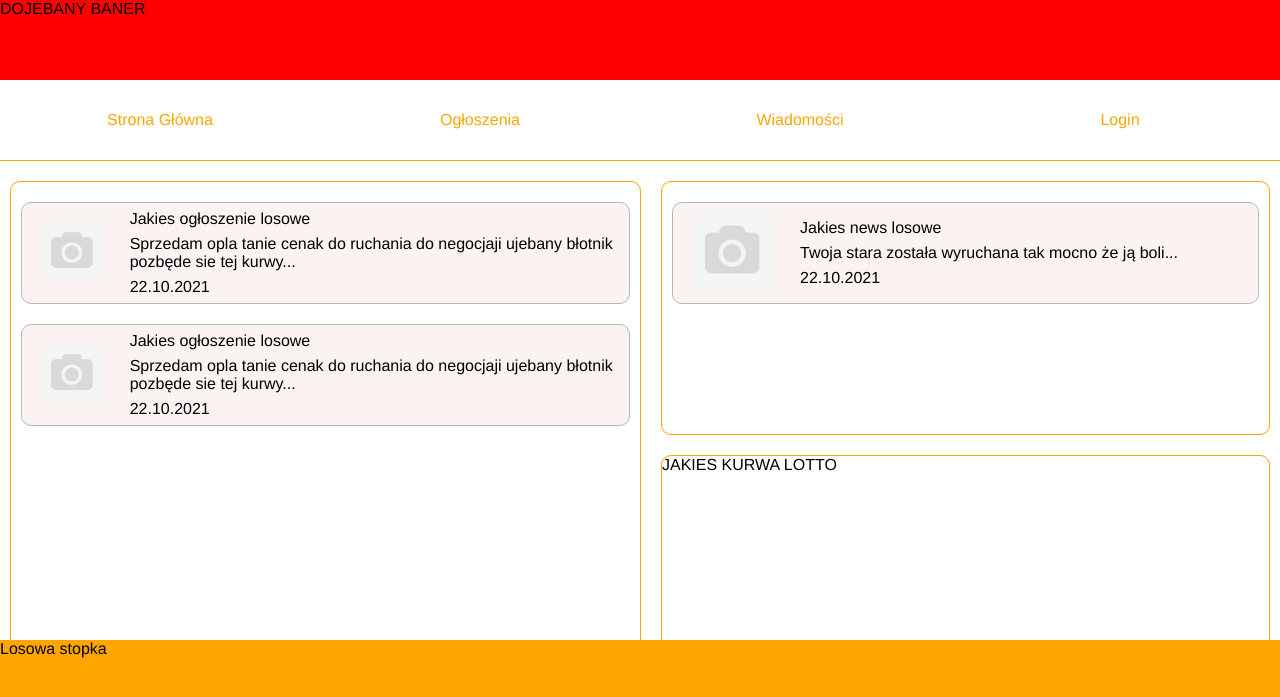
Repository: PatrykStawik/projectppz
Page: /
An editor plug-in stored every save of this project. The page is shown before and after a run of saves, followed by the edit.
The browser window is 1280 px wide. The pictures show the whole page.
The project was rebuilt for these pictures with package versions that can differ from the ones it lists, and the page was loaded fresh each time. The framework's server and built-in components were replaced by stand-ins that run in the browser.

Above is the page before, as saved 2021-05-22 15:22:07.

### pages/_app.tsx
import React from 'react';
import type { AppProps } from 'next/app';
import { GlobalStyle } from '../styles/globalStyles';
import { Header } from '../components/Header';
import { Footer } from '../components/Footer'

function MyApp({ Component, pageProps }: AppProps) {
  return (
    <>
      <GlobalStyle />
      <Header/>
        <Component {...pageProps} />
      <Footer/>
    </>
  );
}

// eslint-disable-next-line import/no-default-export
export default MyApp;

### pages/_document.tsx
import React from 'react';
import Document, { DocumentContext, DocumentInitialProps } from 'next/document';
import { ServerStyleSheet } from 'styled-components';

class MyDocument extends Document {
  static async getInitialProps(ctx: DocumentContext): Promise<DocumentInitialProps> {
    const sheet = new ServerStyleSheet();
    const originalRenderPage = ctx.renderPage;

    try {
      ctx.renderPage = () =>
        originalRenderPage({
          enhanceApp: App => props => sheet.collectStyles(<App {...props} />),
        });

      const initialProps = await Document.getInitialProps(ctx);
      return {
        ...initialProps,
        styles: (
          <>
            {initialProps.styles}
            {sheet.getStyleElement()}
          </>
        ),
      };
    } finally {
      sheet.seal();
    }
  }
}

// eslint-disable-next-line import/no-default-export
export default MyDocument;

### pages/index.tsx
import React from 'react';
import { IndexPage } from '../components/IndexPage';

const index = () => <IndexPage />;

// eslint-disable-next-line import/no-default-export
export default index;

### styles/globalStyles.ts
import { createGlobalStyle } from 'styled-components';

export const GlobalStyle = createGlobalStyle`
  body {
    margin: 0;
    padding: 0;
    font-family: Open-Sans, Helvetica, Sans-Serif;
  }
`;

### components/IndexPage/index.tsx
export { IndexPage } from './IndexPage';

### components/Header/Header.tsx
import React from 'react';
import styled from 'styled-components';
import { colors } from '../../styles/colors';
import { centerText, setFlex } from '../../styles/functions';
import { NextLink } from '../common/NextLink';

const Wrapper = styled.header`
  .baner {
    height: 80px;
    background-color: ${colors.red};
  }
  .menu {
    ${setFlex('column')}
    height: 80px;
    border-bottom: 1px solid ${colors.orange};
    .menuItem {
      flex: 1;
      height: 100%;
      ${centerText(80)};
      background-color: ${colors.white};
      color: ${colors.orange};
      cursor: pointer;
      transition: .5s all;
      &:hover{
        font-weight: bold;
      }
    }
  }
`;

const data = [
  { title: 'Strona Główna', href: '/' },
  { title: 'Ogłoszenia', href: '/ogloszenia' },
  { title: 'Wiadomości', href: '/wiadomosci' },
  { title: 'Login', href: '/login' },
];

export const Header = () => {
  return (
    <Wrapper>
      <div className="baner">DOJEBANY BANER</div>
      <div className="menu">
        {data.map(({ title, href }) => (
          <NextLink href={href} key={title}>
            <div className="menuItem">{title}</div>
          </NextLink>
        ))}
      </div>
    </Wrapper>
  );
};

### components/Footer/Footer.tsx
import React from 'react';
import styled from 'styled-components';
import { colors } from '../../styles/colors';

const Wrapper = styled.footer`
    height: 80px;
    background-color: ${colors.orange};
    position: absolute;
    width: 100%;
    bottom: 0;
`;

export const Footer = () => {
  return (
    <Wrapper>
      Losowa stopka
    </Wrapper>
  );
};

### components/IndexPage/IndexPage.tsx
import React from 'react';
import styled from 'styled-components';
import { Bar } from '../common/Bar';
import { setFlex } from '../../styles/functions';
import { colors } from '../../styles/colors';

const Wrapper = styled.div`
  ${setFlex()};
  .advertisement {
  }
  .container {
    flex: 1;
    border: 1px solid ${colors.orange};
    border-radius: 10px;
    margin: 20px 10px;
    height: 70vh;
  }
  .c{
    flex: 1;
  }
  .news{
    height: 35vh;
  }
  .lotto{
    height: calc(35vh - 20px);
  }
`;

export const IndexPage = () => {
  return (
    <Wrapper>
      <div className="advertisement container">
        <Bar
          title="Jakies ogłoszenie losowe"
          content="Sprzedam opla tanie cenak do ruchania do negocjaji ujebany błotnik pozbęde sie tej kurwy"
          date="22.10.2021"
        />
        <Bar
          title="Jakies ogłoszenie losowe"
          content="Sprzedam opla tanie cenak do ruchania do negocjaji ujebany błotnik pozbęde sie tej kurwy"
          date="22.10.2021"
        />
      </div>
      <div className="c">
        <div className="news container">
          <Bar
            title="Jakies news losowe"
            content="Twoja stara została wyruchana tak mocno że ją boli"
            date="22.10.2021"
          />
        </div>
        <div className="lotto container">JAKIES KURWA LOTTO</div>
      </div>
    </Wrapper>
  );
};

### styles/colors.ts
export const colors = {
  white: "white",
  black: "black",
  red: "red",
  orange: "orange",
  gray: "#b8b7b7",
  pink: "rgba(166,2,2,.05)"
}

### styles/functions.ts
export const centerText = (height: number) => {
  return `text-align: center;
  line-height: ${height}px`
}

export const setFlex = (type: "row" | "column" = "row") => {
  return `display: flex; flex-direction: ${type}`
}

### components/common/NextLink/index.tsx
export { NextLink } from './NextLink';

### components/common/Bar/index.tsx
export { Bar } from './Bar';

### components/common/NextLink/NextLink.tsx
import React from 'react';
import Link from 'next/link';
import styled from 'styled-components';
import { colors } from '../../../styles/colors';

const StyledLink = styled.a`
  color: ${colors.black};
  text-decoration: none;
  width: 100%;
`;

interface Props {
  href: string;
}

export const NextLink: React.FC<Props> = ({ children, href }) => {
  return (
    <Link href={href}>
      <StyledLink>{children}</StyledLink>
    </Link>
  );
};

### components/common/Bar/Bar.tsx
import React from 'react';
import Image from 'next/image';
import styled from 'styled-components';
import { setFlex } from '../../../styles/functions';
import { colors } from '../../../styles/colors';

interface Props {
  title: string;
  content: string;
  date: string;
}

const Wrapper = styled.div`
  height: 100px;
  border: 1px solid ${colors.gray};
  border-radius: 10px;
  margin: 20px 10px;
  background-color: ${colors.pink};
  ${setFlex()};
  align-items: center;
  .img{
    margin-left: 20px;
  }
  .body{
    margin-left: 20px;
    p{
      margin: 7px;
    }
  }
`;

const picture = { src: '/default.jpg', alt: 'picture', width: 80, height: 80 };

export const Bar = ({ title, content, date }: Props) => {
  return (
    <Wrapper>
      <div className="img"><Image {...picture} /></div>
      <div className="body">
        <p>{title}</p>
        <p>{content.slice(0, 100)}...</p>
        <p>{date}</p>
      </div>
    </Wrapper>
  );
};

Loaded but not shown: components/Header/index.tsx (common file); components/Footer/index.tsx (common file)

After the next 3 saves:
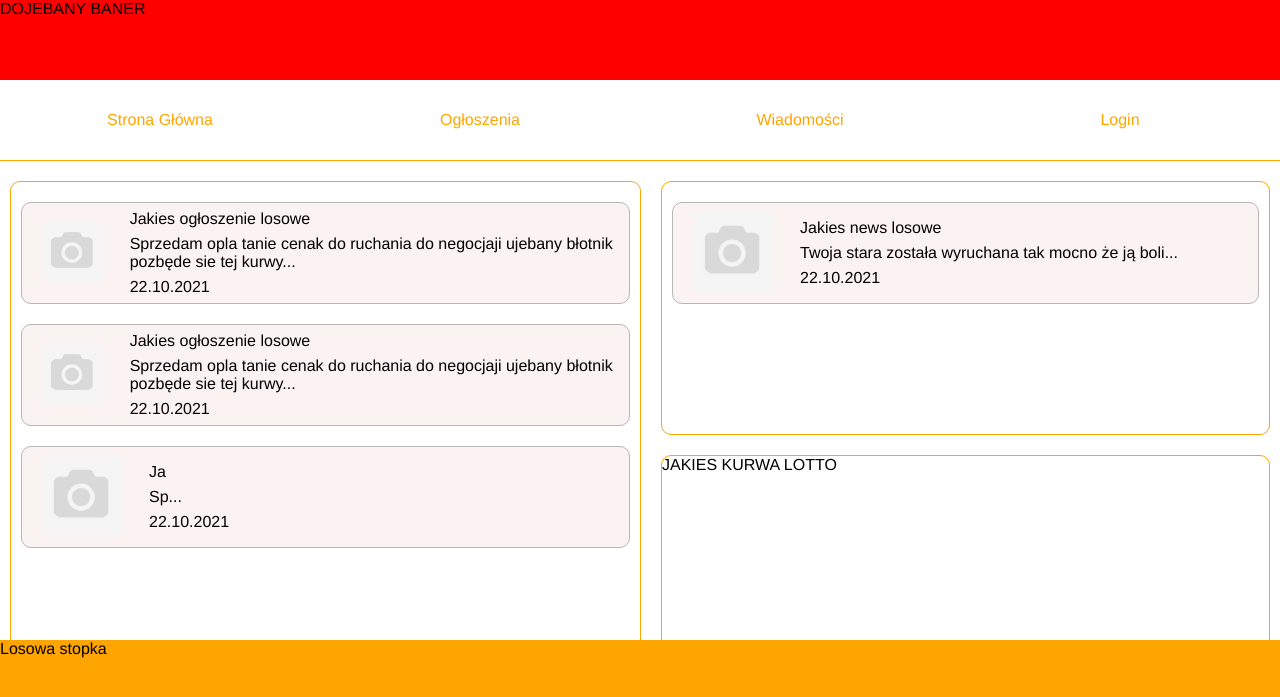
The 3 saves are shown as one change because they came seconds apart.
The last was saved 3 days later.
--- a/components/IndexPage/IndexPage.tsx
+++ b/components/IndexPage/IndexPage.tsx
@@ -40,6 +40,11 @@ export const IndexPage = () => {
           content="Sprzedam opla tanie cenak do ruchania do negocjaji ujebany błotnik pozbęde sie tej kurwy"
           date="22.10.2021"
         />
+        <Bar
+          title="Ja"
+          content="Sp"
+          date="22.10.2021"
+        />
       </div>
       <div className="c">
         <div className="news container">
